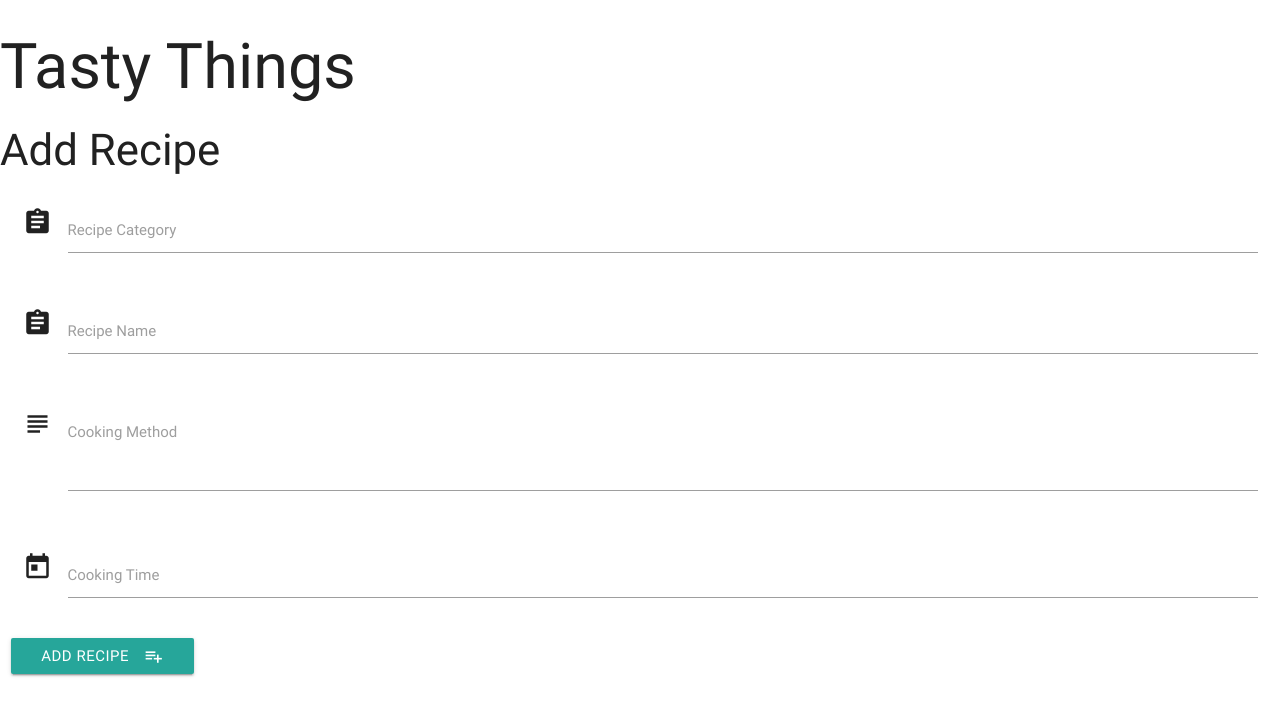
Repository: marius1989D/milestone-project-3
Page: http://localhost/add_recipe
The author's editor kept a record of every edit. The page is drawn from the files as they stood at one moment, then again after the next edit.
The browser window is 1280 px wide. The pictures show the whole page.
The page is served by the project's application, run on Flask 3 (app.py). Queries for data that is not in the repository find no rows.

Above is the page before.

After the next edit:
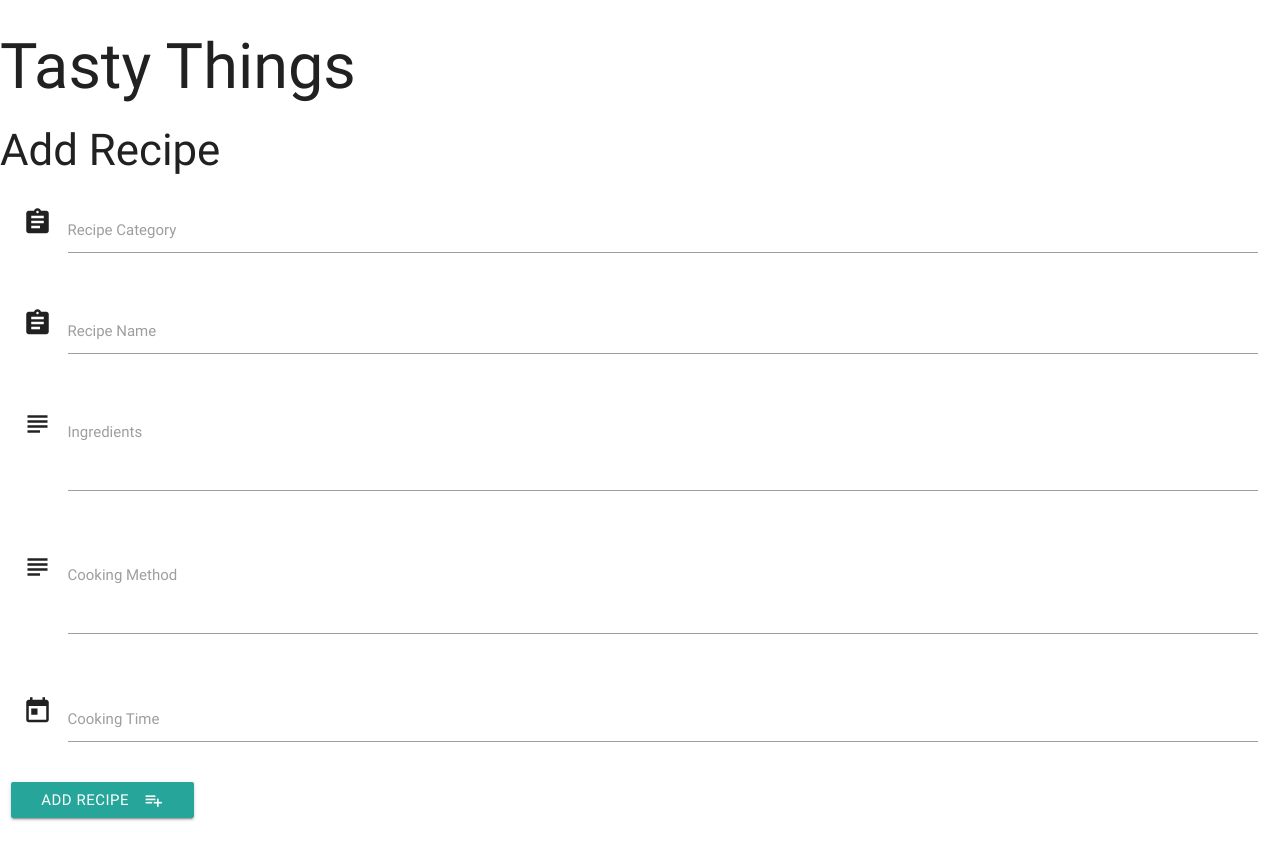
The edit:
--- a/templates/addrecipe.html
+++ b/templates/addrecipe.html
@@ -15,6 +15,13 @@
                 <i class="material-icons prefix">assignment</i>
                 <input id="recipe_name" name="recipe_name" type="text">
                 <label for="icon_prefix">Recipe Name</label>
+            </div>
+        </div>
+        <div class="row">
+            <div class="input-field col s12">
+                <i class="material-icons prefix">subject</i>
+                <textarea name="recipe_ingredients" id="recipe_ingredients" class="materialize-textarea"></textarea>
+                <label for="icon_telephone">Ingredients</label>
             </div>
         </div>
         <div class="row">
